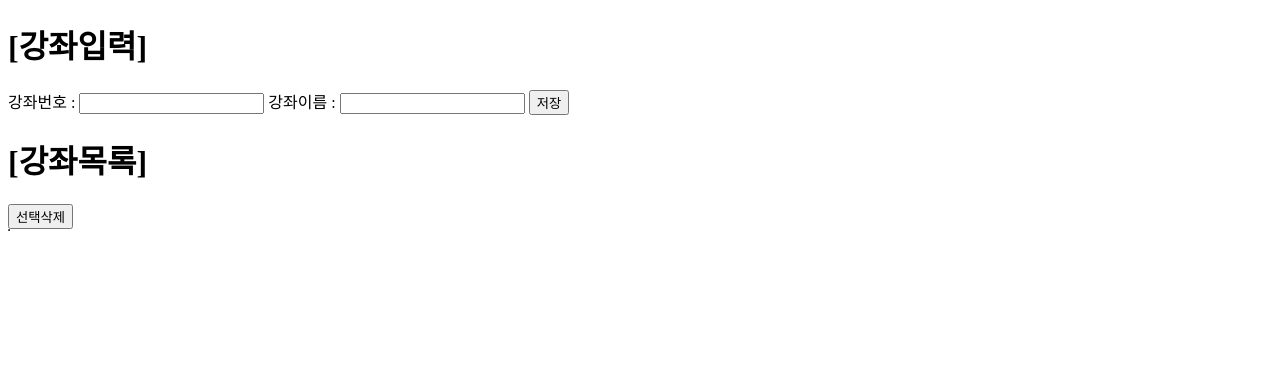
Repository: whwlsghkstm/html
Page: Ex0508/WebContent/clist.html
An editor plug-in stored every save of this project. The page is shown before and after the next save, followed by the edit.
The browser window is 1280 px wide. The pictures show the whole page.
Some web libraries are served in a nearby version.

Above is the page before, as saved 2020-05-08 06:50:04.

After the next save:
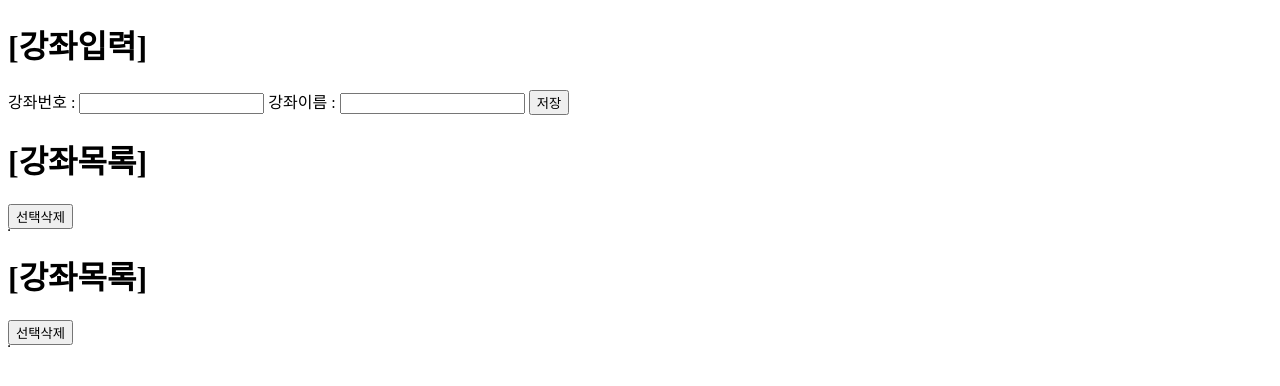
Saved 2 min 58 s later.
--- a/Ex0508/WebContent/clist.html
+++ b/Ex0508/WebContent/clist.html
@@ -13,6 +13,28 @@
 		강좌이름 : <input type="text" id="textlname">
 		<button id="btnSave">저장</button>
 	</div>
+
+	<h1>[강좌목록]</h1>
+	<input type="button" id="btnDelete" value="선택삭제">
+	<table id="tab" border=1></table>
+	<script id="temp" type="text/x-handlebars-template">
+			<tr class="title">
+				<td><input type="checkbox" id="checkAll"></td>
+				<td>강좌번호</td>
+				<td>강좌이름</td>
+				<td>삭제</td>
+			</tr>
+
+		{{#each cArray}}
+			<tr class="row">
+				<td><input type="checkbox" class="check"></td>
+				<td class="lcode">{{lcode}}</td>
+				<td class="lname">{{lname}}</td>
+				<td><button class="btnDelete">삭제</button></td>
+			</tr>
+		{{/each}}
+	</script>
+	<span id="total"></span>
 
 	<h1>[강좌목록]</h1>
 	<input type="button" id="btnDelete" value="선택삭제">
